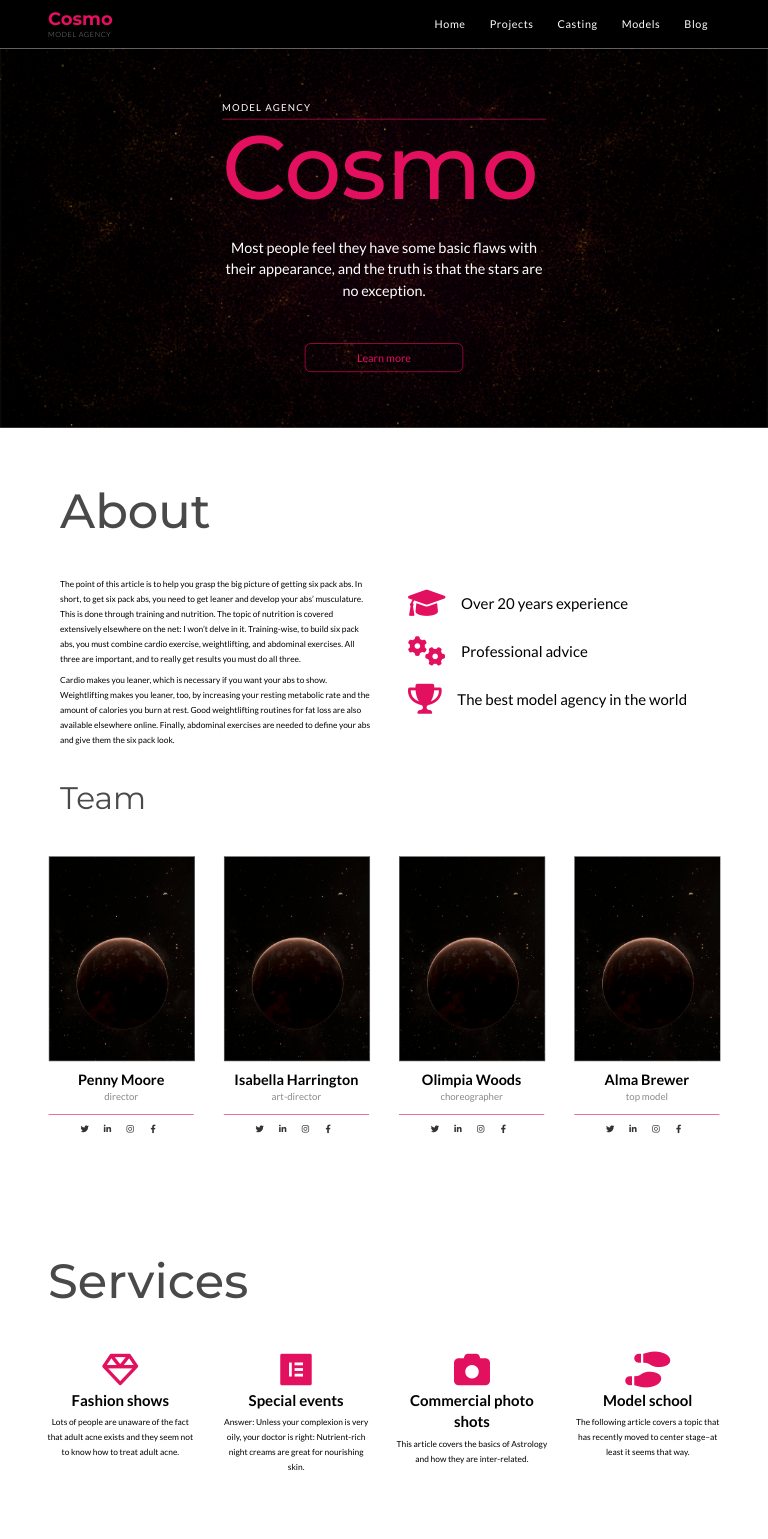
Repository: soniaarefin/cosmo
Page: index.html
An editor plug-in stored every save of this project. The page is shown before and after the next save, followed by the edit.
The browser window is 1280 px wide. The pictures show the whole page, at 60% of full size.

Above is the page before, as saved 2021-11-09 21:42:33.

After the next save:
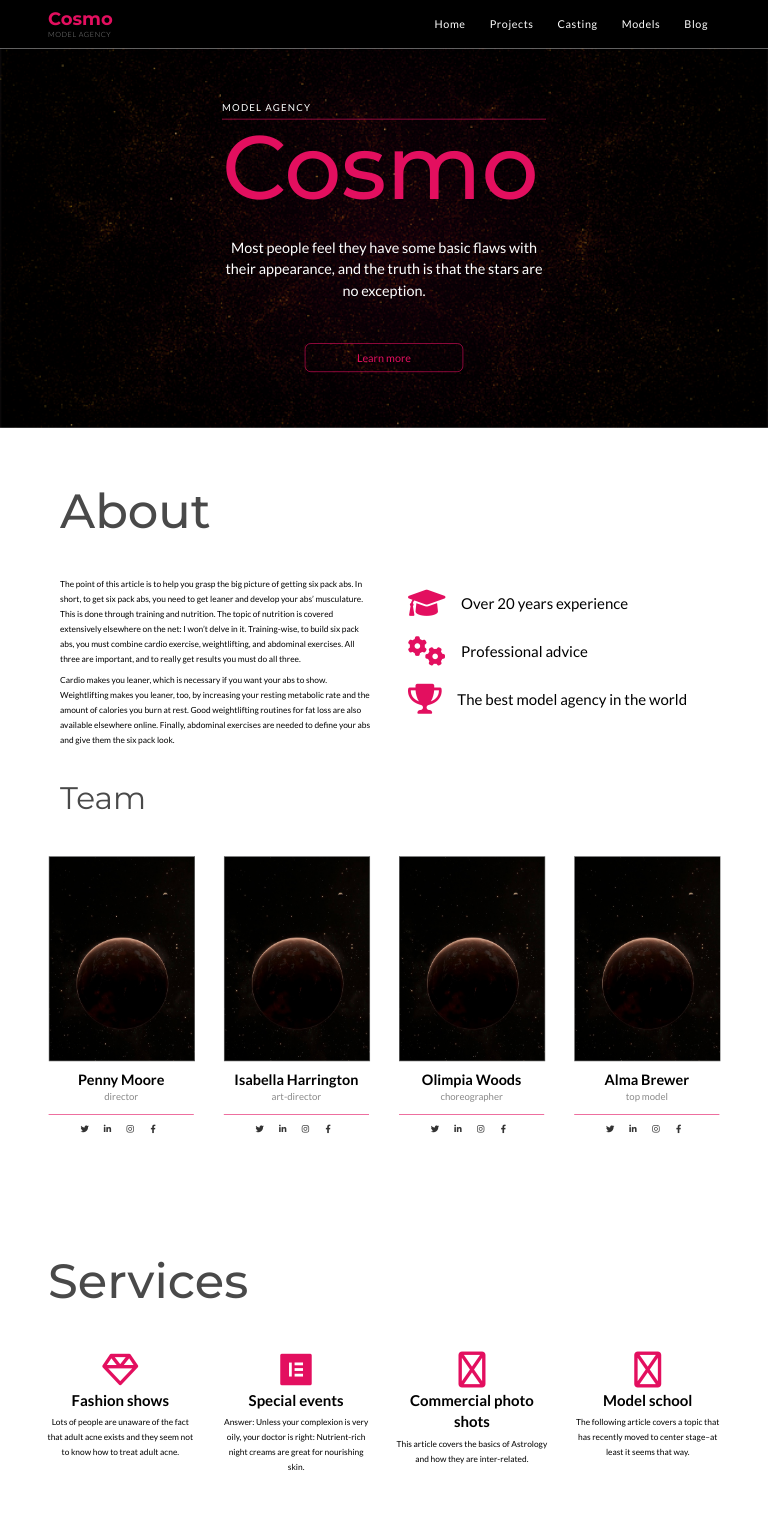
Saved 45 s later.
--- a/assets/css/style.css
+++ b/assets/css/style.css
@@ -403,7 +403,7 @@
     display: block;
     font-size: 60px;
     color: #e30f5f;
-    font-weight: ;
+    font-weight: 100;
 }
 .services-span {
     font-size: 25px;

After the 2 saves that followed:
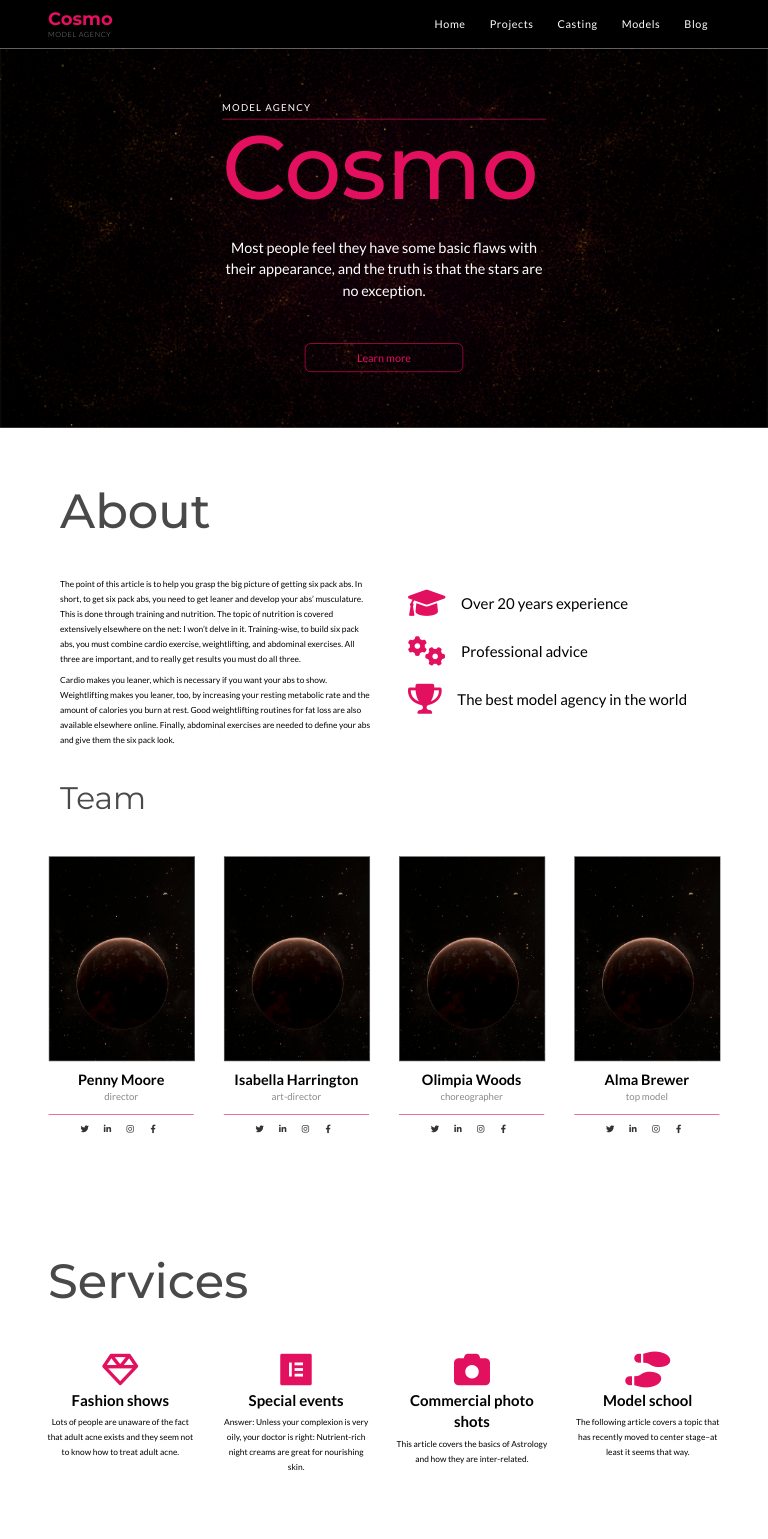
The 2 saves are shown as one change because 1 left the picture as it was.
The last was saved 18 s later.
--- a/assets/css/style.css
+++ b/assets/css/style.css
@@ -403,7 +403,7 @@
     display: block;
     font-size: 60px;
     color: #e30f5f;
-    font-weight: 100;
+    /* font-weight: 500; */
 }
 .services-span {
     font-size: 25px;
